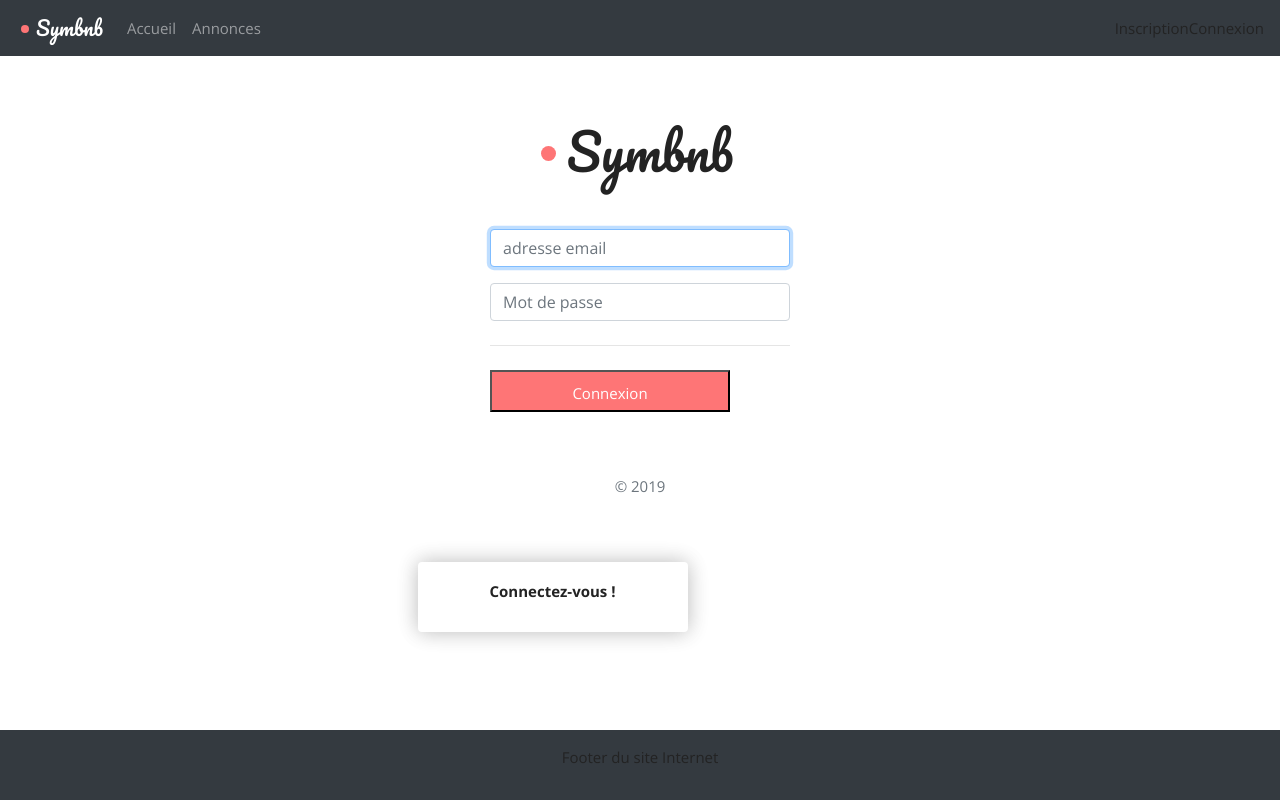
Repository: buzzEclair/symbnb
Page: templates/account/login.html.twig
The author's editor kept a copy of each file at every save. The page is drawn from the files as they stood at one save, then again after the next save.
The browser window is 1280 px wide. The pictures show the whole page.
The page is a Twig template of a Symfony application; nobody is signed in and links lead nowhere. The template is opened directly, without the code that normally fills it, so the values that code supplies are empty.

Above is the page before, as saved 2019-03-15 14:16:21.

### templates/account/login.html.twig
{% extends 'base.html.twig' %}

{% block title %}Connectez vous !{% endblock %}

{% block body %}
<div class="container text-center">
        <form class="form-signin">
                <h1 class="logo mb-5">Symbnb</h1>

                {% if hasError %}
                    <div class="alert alert-danger">Une erreur est survenue, le nom d'utilisateur est invalide</div>
                 {% endif %}
                 <form class="form-signin" action="{{ path('account_login') }}" method="POST">
                    <div class="form-label-group">

                        <input type="text" class="form-control mb-3" name="_username" id="email" placeholder="adresse email" required autofocus value={{username}}>
                    </div>

                    <div class="form-label-group">

                        <input type="password" name="_password" id="password" placeholder="Mot de passe" class="form-control mb-3" required >

                    </div>

                    <hr class="my-4">
                    <button class="btn-login" type="submit">Connexion</button>
                    </form>
                <p class="mt-5 mb-3 text-muted">© 2019</p>
              </form>
    <div class="row">
        <div class="col-sm-9 col-md-7 col-lg-5 mx-auto">
            <div class="card card-signin my-5">
            <div class="card-body">
                <h5 class="card-title text-center">Connectez-vous !</h5>




            </div>
            </div>
        </div>
    </div>
</div>
{% endblock %}

### templates/base.html.twig
<!DOCTYPE html>
<html>
    <head>
        <meta charset="UTF-8">
        <title>{% block title %}Welcome!{% endblock %}</title>
        <link rel="stylesheet" href="/css/bootstrap.min.css">
        <link rel="stylesheet" href="https://use.fontawesome.com/releases/v5.7.2/css/all.css" integrity="sha384-fnmOCqbTlWIlj8LyTjo7mOUStjsKC4pOpQbqyi7RrhN7udi9RwhKkMHpvLbHG9Sr" crossorigin="anonymous">
        <link href="https://fonts.googleapis.com/css?family=Open+Sans:400,600,700" rel="stylesheet">
        <link href="https://fonts.googleapis.com/css?family=Pacifico" rel="stylesheet">

        <link rel="stylesheet" href="/css/base.css">
        {% block stylesheets %}{% endblock %}
    </head>
    <body>

        {% include 'partials/header.html.twig' %}


        {% block body %}{% endblock %}
        {% include 'partials/footer.html.twig' %}
        <script src="/js/jquery.min.js"></script>
        <script src="/js/popper.min.js"></script>
        <script src="/js/bootstrap.min.js"></script>
        {% block javascripts %}{% endblock %}
    </body>
</html>

### templates/partials/header.html.twig
<nav class="navbar navbar-expand-md navbar-dark bg-dark">
    <a class="navbar-brand logo" href="{{path('homepage')}}"><span class="round-logo"></span>Symbnb</a>


    {% if is_granted('ROLE_ADMIN') %}
    <a href="{{path('admin_dashboard')}}">Dashboard</a>
    {% endif %}
    <button class="navbar-toggler" type="button" data-toggle="collapse" data-target="#navbarColor01" aria-controls="navbarColor01" aria-expanded="false" aria-label="Toggle navigation">
        <span class="navbar-toggler-icon"></span>
    </button>

    <div class="collapse navbar-collapse" id="navbarColor01">
        <ul class="navbar-nav mr-auto">
            <li class="">
                <a class="nav-link" href="{{path('homepage')}}">Accueil </a>
            </li>
            <li class="">
                <a class="nav-link" href="{{path('ads_index')}}">Annonces </a>
            </li>
        </ul>

        <ul class="navbar-nav ml-auto">
            {% if app.user %}
            <div class="dropdown">
                <button class="btn btn-dark dropdown-toggle btn-sm" type="button" id="dropdownMenuButton" data-toggle="dropdown" aria-haspopup="true" aria-expanded="false">
                    <img src="{{ app.user.picture }}" alt="{{ app.user.slug }}" class="rounded-circle user-avatar-nav" > {{app.user.firstName}}
                </button>
                <div class="dropdown-menu dropdown-menu-right dropdown-account" aria-labelledby="dropdownMenuButton ">
                    <a class="dropdown-item" href="{{ path('account_index') }}"><i class="fas fa-user-circle"></i> Mon compte</a>
                    <div class="dropdown-divider"></div>
                    <a class="dropdown-item" href="{{ path('ads_create') }}"><i class="fas fa-list-alt"></i> Créer une annonce</a>
                    <a class="dropdown-item" href="{{ path('account_bookings') }}"><i class="fas fa-book"></i> Mes réservations</a>
                    <a class="dropdown-item" href="{{ path('account_profile') }}"><i class="fas fa-info-circle"></i> Modifier mes informations</a>
                    <a class="dropdown-item" href="{{ path('account_update_password') }}"><i class="fas fa-key"></i> Changer de mot de passe</a>

                    <div class="dropdown-divider"></div>
                    <a class="dropdown-item" href="{{ path('account_logout') }}"><i class="fas fa-times-circle"></i> Logout</a>
                </div>
            </div>
            {% else %}
                <li class="nav-item">
                    <a href="{{ path('account_register') }}">Inscription</a>
                </li>
                <li class="nav-item">
                    <a href="{{ path('account_login') }}">Connexion</a>
                </li>
            {% endif %}

        </ul>

    </div>
</nav>

{% for label, messages in app.flashes %}
    <div class="container">
        <div class="alert alert-{{label}}">
            {% for message in messages %}
                <p>{{ message | raw }}</p>
            {% endfor %}
        </div>
    </div>
{% endfor %}

### templates/partials/footer.html.twig
<footer class="mt-5 bg-dark py-3 text-center mt-5">
    <p>Footer du site Internet</p>
</footer>

### public/css/base.css
body, a{
    color: #232323;
    font-family: 'Open Sans', sans-serif;
    font-size: 15px;
}

.logo{
    font-family: 'Pacifico', cursive;
    font-size: 20px;
    position: relative;
    margin-left: 20px;
}

.logo::before{
    content: '';
    position: absolute;
    width: 8px;
    height: 8px;
    border-radius: 100%;
    background: #fe7576;
    margin-top: 12px;
    margin-left: -15px;;
}

ul{
    padding: 0;
}

ul li{
    list-style: none;
}
.card-parameter-stars i{
    color: #008489;
    font-size: 12px;
    letter-spacing: -3px;
}

.datepicker table tr td.disabled{
    color: crimson !important;
    background: rgba(0, 0, 0, 0.815);
}

.container{
    margin-top: 50px;
}

.card{
    max-width: 270px;
    border: none;
    margin-bottom: 50px !important;
    box-shadow: 1px 1px 21px 0 rgba(0,0,0,0.14), -1px -1px 21px 0 rgba(0,0,0,0.14);
    transition-duration: 0.5s;
}

.card h6{
   font-size: 13px;
   font-weight: 600;
}

.card h5{
   font-size: 15px;
   font-weight: 900;
}

.card-ad img{
    min-height: 160px;
}

.card:hover{
    box-shadow: 1px 1px 21px rgba(254,117,118,0.4), -1px -1px 21px 0 rgba(254,117,118,0.4);
}

.card-info-1{
    font-size: 13px;
}

.card-info-2{
    font-size: 13px;
    font-weight: 600;
    margin-bottom: 0;
}

a:hover{
    text-decoration: none;
    color: #232323;
}

.title-page-header{
    margin-bottom: 40px;
}

.user-avatar-nav{
    width: 30px;
    margin-right: 5px;
}

.dropdown-account i {
    color: #008489;
}

.block-profile{
    box-shadow: 1px 1px 21px 0 rgba(0, 0, 0, 0.062), -1px -1px 21px 0 rgba(0, 0, 0, 0.062);
    border-radius: 4px;
    padding: 10px;
    margin-bottom: 30px;
}

.block-profile p{
    margin-bottom: 5px;
}

.block-profile .booking-profile .booking-profile-ligne{
    background: #f3f3f3;
    height: 80px;
    width: 100%;
    border-radius: 4px;
    display: flex;
    align-items: center;
    margin-bottom: 5px;
    margin-top: 5px;
}

.block-profile .booking-profile .booking-profile-ligne img{
    width: 60px;
    height: 60px;
    border-radius: 100%;
}

.block-profile .booking-profile .booking-profile-ligne .info-booking-profile{
    font-size: 11px;
    display: flex;
    flex-direction: column;
}

.block-profile .booking-profile .booking-profile-ligne .info-booking-profile span{
    margin-left: 10px;
}

.block-profile .booking-profile .booking-profile-ligne .info-booking-profile a{
    font-size: 10px;
    background: #fe7576;
    color: white;
}

.block-profile .ad-profile a img{
    width: 100px;
    height: 100px;
    border-radius: 100%;

}
.block-profile .ad-profile p{
    font-size: 13px;
    color: #008489;
}

.profile-option li{
    margin-top: 20px;
    font-size: 12px;
}

.ad-content{
    margin-top: 50px;
}

.ad-info h5{
    font-size: 15px;
    font-weight: 600;
}

.ad-info h4{
    font-size: 25px;
    font-weight: 900;
}

.ad-info h6{
    font-size: 15px;
}

.img-ad{
    padding:0;
}

.img-ad img{
   width: 100%;
}

.card-booking{
    max-width: 100%;
}

.card-booking .img-ad-user{
    height: 45px;
    border-radius: 100%;
}

span.price-booking{
    font-size: 21px;
    font-weight: 900;
}

.card-booking-stars{
    font-size: 13px;
}
.card-booking-stars .param-booking-stars i{
    color: #008489;
    font-size: 10px;
    letter-spacing: -3px;
}

.card-parameter-vote{
    margin-left: 5px;
}

.btn-booking{
    display: block;
    background: #fe7576;
    height: 42px;
    width: 80%;
    color: white;
    text-align: center;
    line-height: 40px;
}

.btn-booking:hover{
    color: white;
}
.media-comment{
    margin-bottom: 20px;
}
.media-comment img{
    width: 64px;
}

.media-comment h5{
    font-size: 15px;
}

.media-comment i{
    font-size: 11px;
    letter-spacing: -3px;
    color: #008489;
}

.media-body{
    background: #c4dedf;
    padding: 5px;
    border-radius: 4px;
}

.card-ad{
    margin: 0 auto;
}

.form-signin {
    width: 100%;
    max-width: 330px;
    padding: 15px;
    margin: 0 auto;
}

h1.logo{
    font-size: 50px;
}

h1.logo::before{
    width: 15px;
    height: 15px;
    margin-top: 25px;
    margin-left: -25px;
}

.btn-login{
    display: block;
    background: #fe7576;
    height: 42px;
    width: 80%;
    color: white;
    text-align: center;
    line-height: 40px;
}

Loaded but not shown: public/css/bootstrap.min.css (library); public/js/jquery.min.js (library); public/js/popper.min.js (library); public/js/bootstrap.min.js (library)

After the next save:
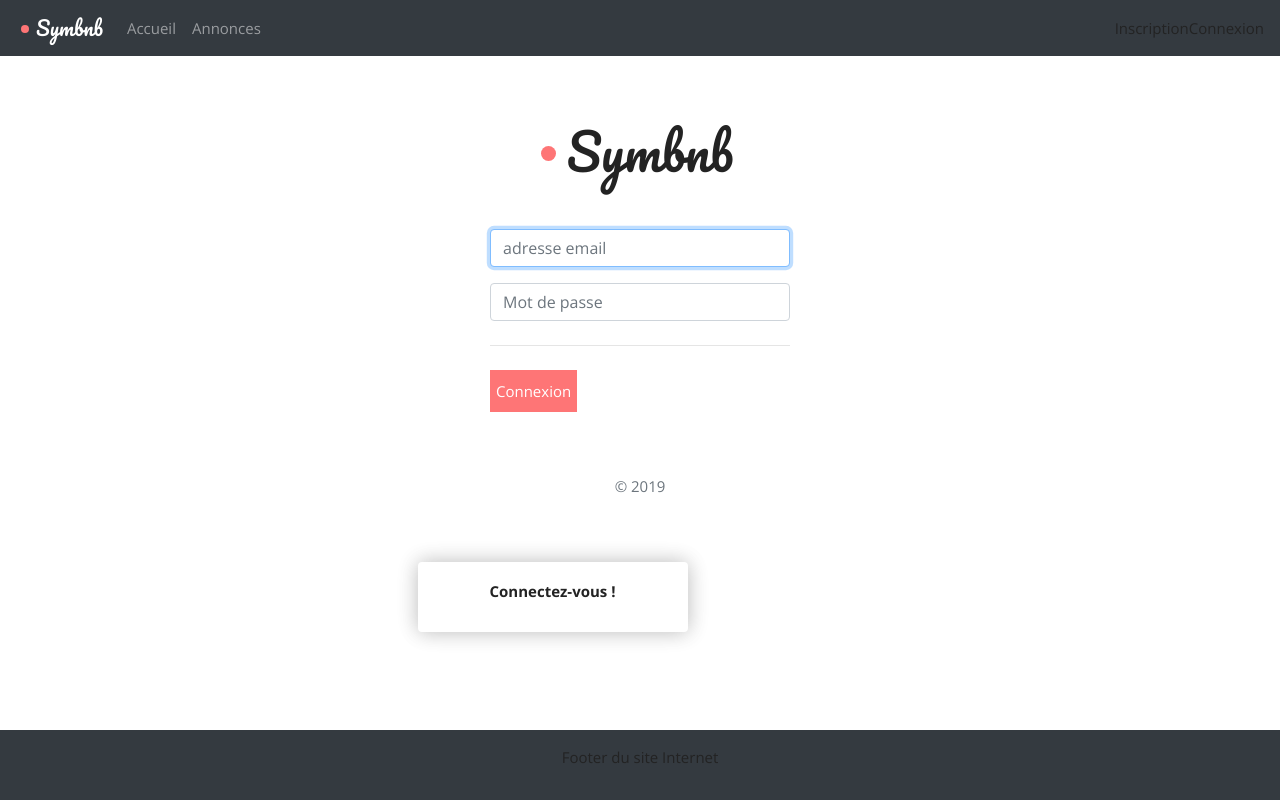
Saved 10 s later.
--- a/public/css/base.css
+++ b/public/css/base.css
@@ -273,8 +273,8 @@ h1.logo::before{
     display: block;
     background: #fe7576;
     height: 42px;
-    width: 80%;
     color: white;
     text-align: center;
     line-height: 40px;
-}
+    border: none;
+}
